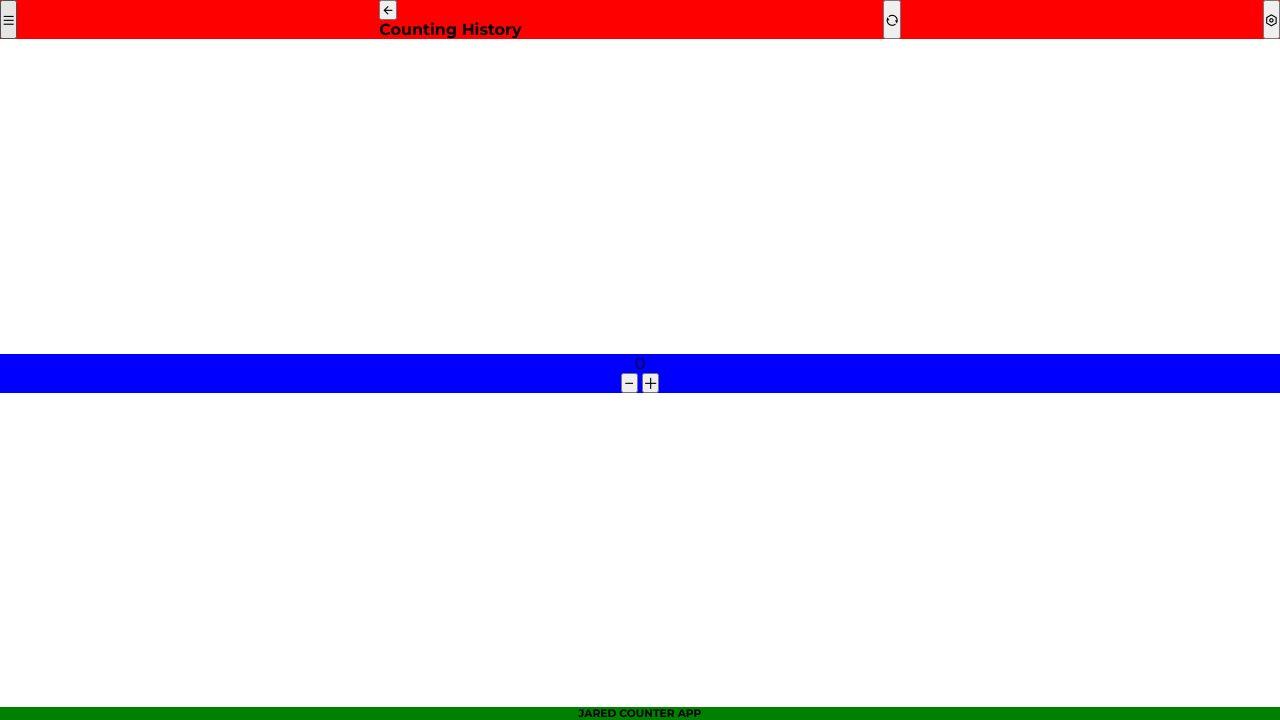
Repository: EguJaredoBoyd/Jared-Counter-App
Page: index.html
An editor plug-in stored every save of this project. The page is shown before and after the next save, followed by the edit.
The browser window is 1280 px wide. The pictures show the whole page.

Above is the page before, as saved 2025-11-17 22:58:58.

After the next save:
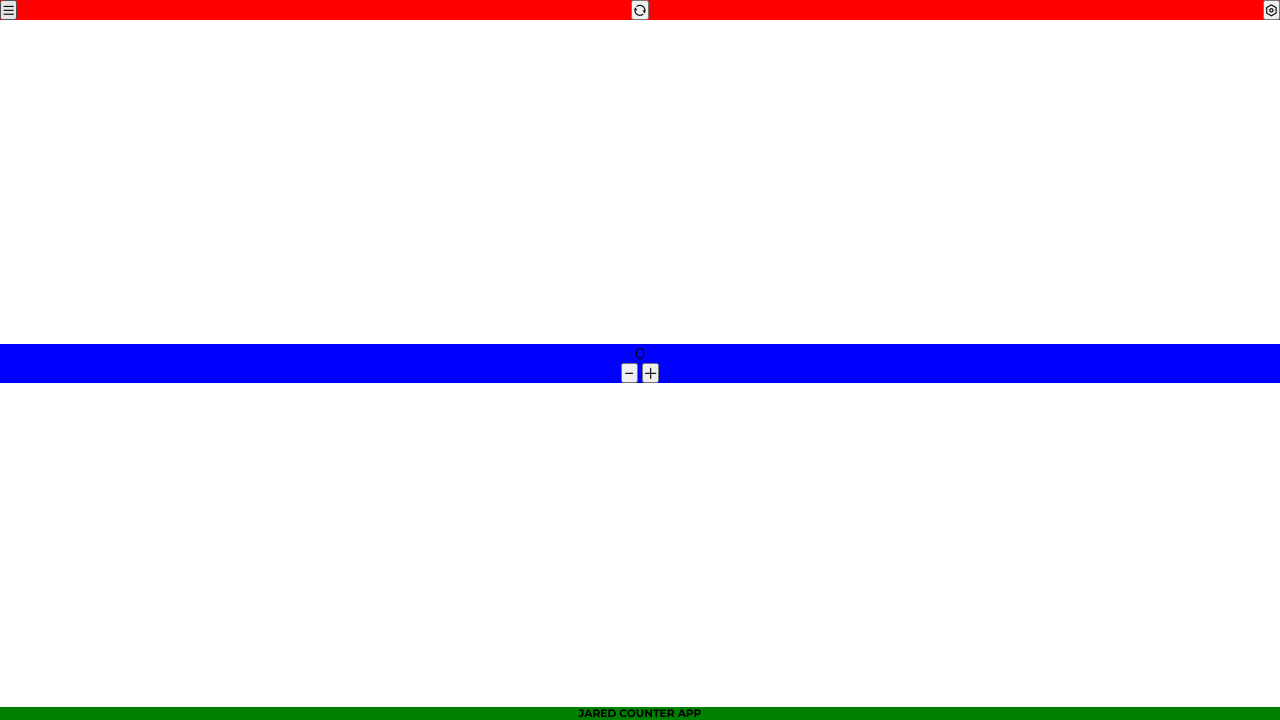
Saved 74 s later.
--- a/index.html
+++ b/index.html
@@ -18,10 +18,10 @@
 <body id="body">
     <header>
         <button id="toggle-button"><i class="ri-menu-line"></i></button>
-        <div>
+        <div class="header__button__ul--toggle-list" id="toggle-list">
             <button><i class="ri-arrow-left-line"></i></button>
             <h4>Counting History</h4>
-            <ul class="header__button__ul--toggle-list" id="toggle-list">
+            <ul>
                 <li>To-do 1</li>
                 <li>To-do 2</li>
                 <li>To-do 3</li>
